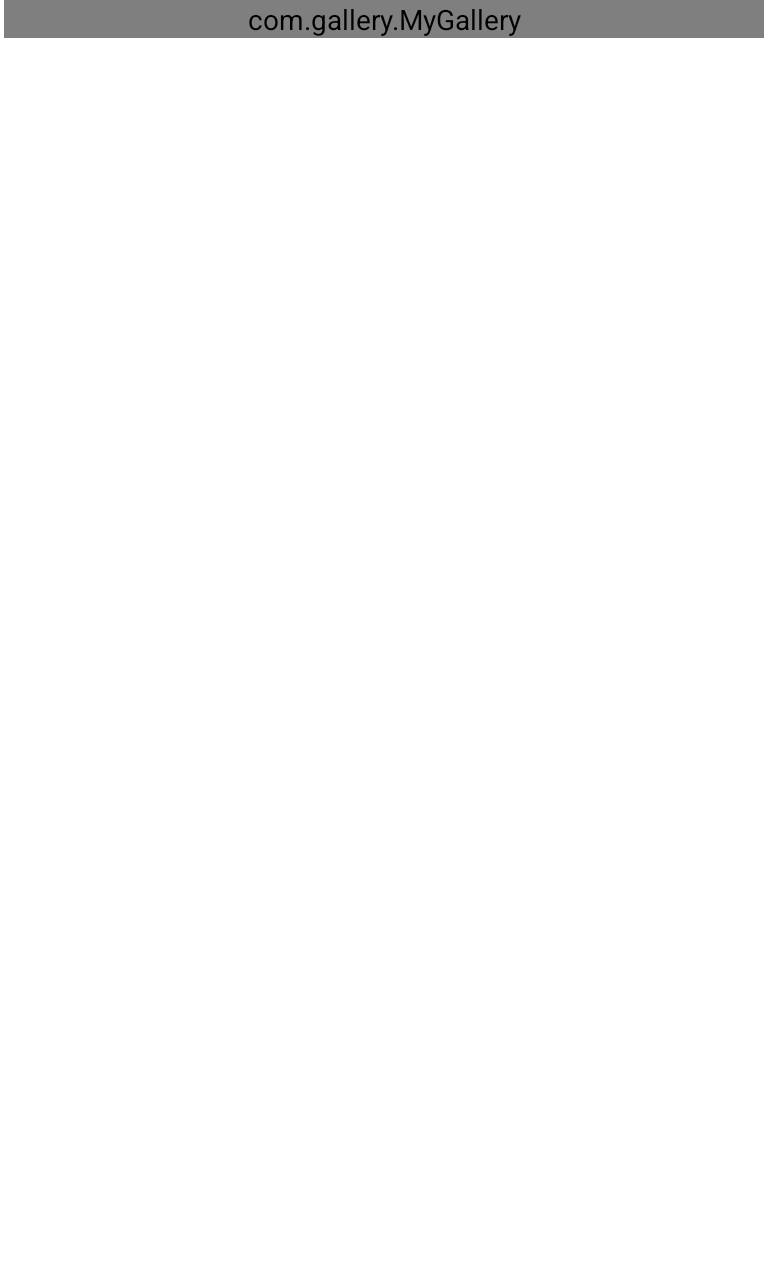
Repository: jeissie/MakeMoney
Layout: MakeMoney/res/layout/frame_home.xml
The author's editor kept a copy of each file at every save. The layout is drawn from the files as they stood at one save, then again after the next save.
Pictures or frames that could not be fetched are drawn as grey boxes. It is drawn on a 768 x 1280 px phone screen (xhdpi) without system bars, with theme AppTheme; the app's code is not run.

Above is the layout before, as saved 2014-01-04 15:09:33.

### MakeMoney/res/layout/frame_home.xml
<RelativeLayout xmlns:android="http://schemas.android.com/apk/res/android"
    xmlns:tools="http://schemas.android.com/tools"
    android:layout_width="match_parent"
    android:layout_height="match_parent"
    tools:context=".FrameHome" >

    <ScrollView
        android:id="@+id/scrollView1"
        android:layout_width="match_parent"
        android:layout_height="fill_parent"
        android:layout_centerHorizontal="true"
        android:layout_marginLeft="2dp"
        android:layout_marginRight="2dp" >

        <LinearLayout
            android:layout_width="match_parent"
            android:layout_height="match_parent"
            android:orientation="vertical" >

            <com.gallery.MyGallery
                android:id="@+id/main_gallery"
                android:layout_width="fill_parent"
                android:layout_height="wrap_content"
                android:layout_below="@+id/title_image"
                android:gravity="fill"
                android:soundEffectsEnabled="false" />
        </LinearLayout>
    </ScrollView>

</RelativeLayout>

Loaded but not shown: MakeMoney/res/values/styles.xml (common file); MakeMoney/res/values-v11/styles.xml (common file); MakeMoney/res/values-v14/styles.xml (common file)

After the next save:
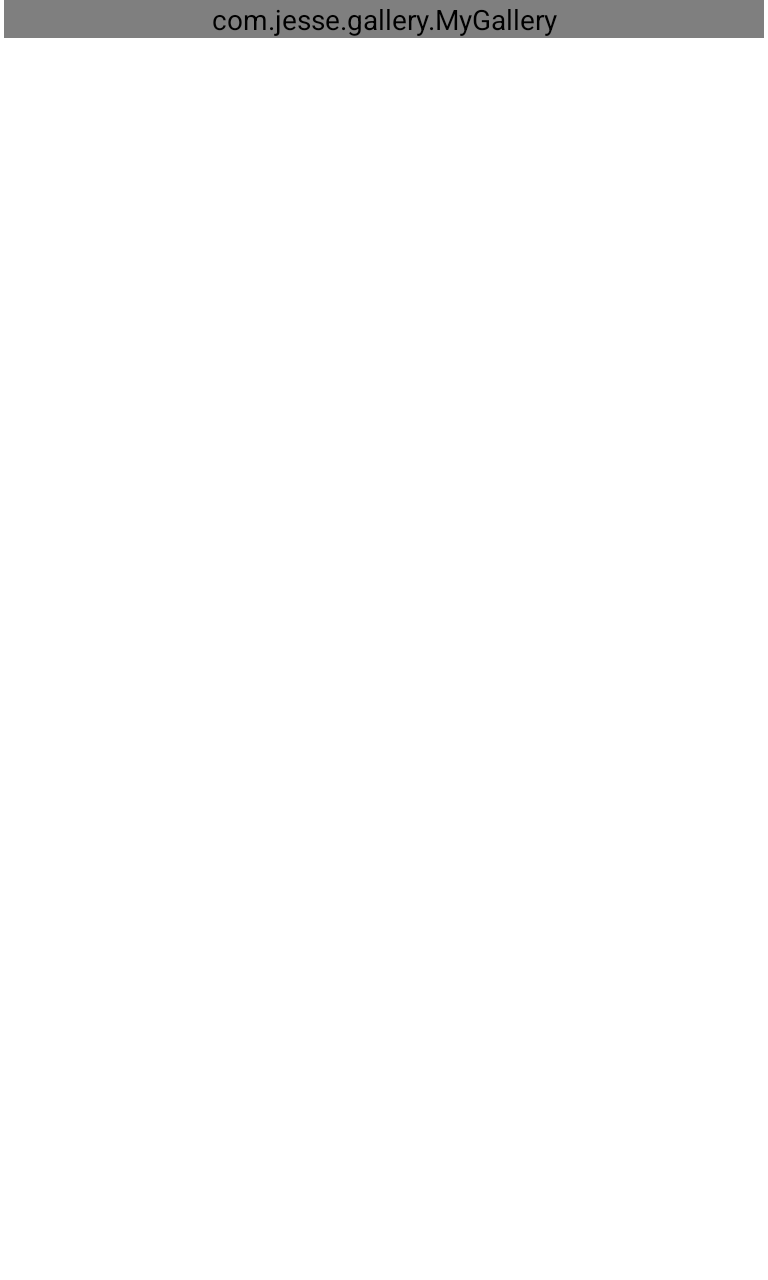
Saved 2 min 10 s later.
--- a/MakeMoney/res/layout/frame_home.xml
+++ b/MakeMoney/res/layout/frame_home.xml
@@ -17,7 +17,7 @@
             android:layout_height="match_parent"
             android:orientation="vertical" >
 
-            <com.gallery.MyGallery
+            <com.jesse.gallery.MyGallery
                 android:id="@+id/main_gallery"
                 android:layout_width="fill_parent"
                 android:layout_height="wrap_content"
